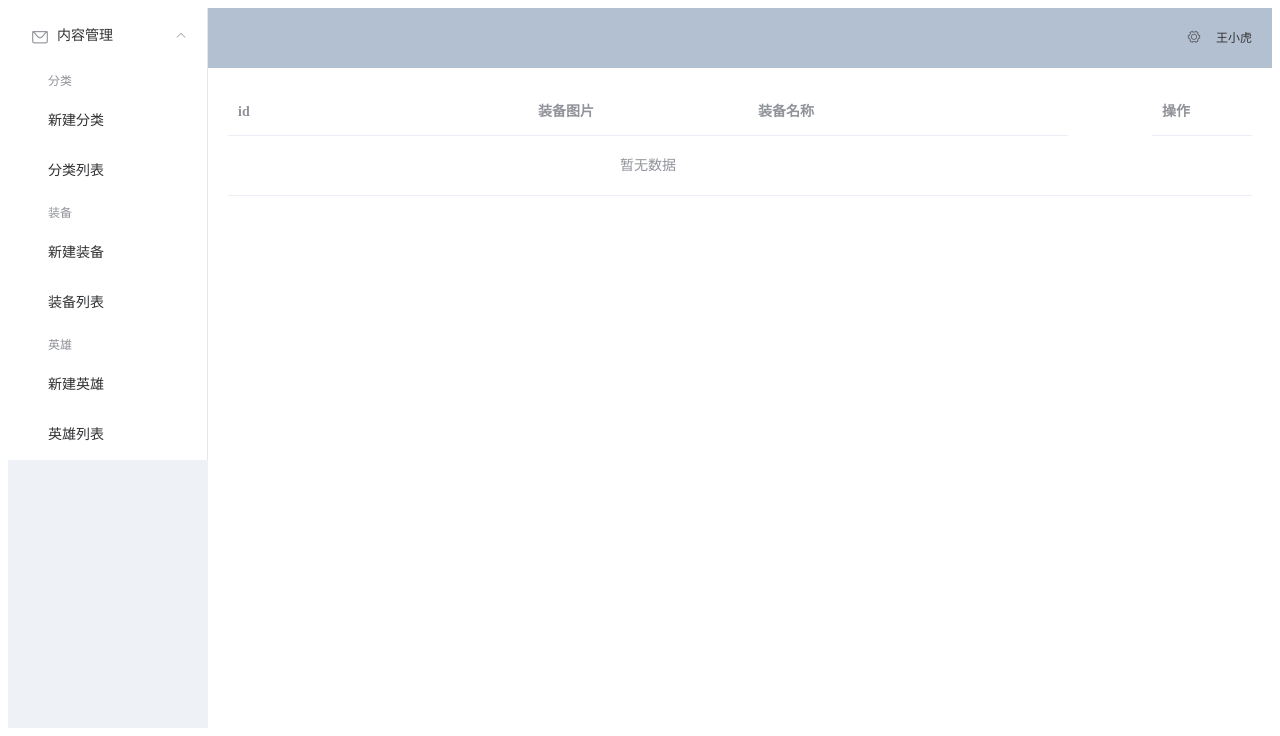
Repository: fish-zmy/wangzherongyao
Page: /#/items/list (app in admin/)
The author's editor kept a copy of each file at every save. The page is drawn from the files as they stood at one save, then again after the next save.
The browser window is 1280 px wide. The pictures show the whole page.
The page's requests for data from a server got no answer. The project was rebuilt for these pictures with package versions that can differ from the ones it lists, and the page was loaded fresh each time. No one was signed in, and anything a server would have sent is missing. Also part of the build but not shown: admin/vue.config.js, admin/src/views/CategoryEdit.vue, admin/src/views/CategoryList.vue, admin/src/views/ItemEdit.vue, admin/src/views/HeroEdit.vue, admin/src/views/HeroList.vue.

Above is the page before, as saved 2020-06-17 22:47:25.

### admin/src/main.js
import Vue from 'vue'
import App from './App.vue'
import router from './router'
import './plugins/element.js'

Vue.config.productionTip = false

import http from './http'
Vue.prototype.$http = http

new Vue({
  router,
  render: h => h(App)
}).$mount('#app')

### admin/src/App.vue
<template>
  <div id="app">

    <router-view/>
  </div>
</template>

<style scoped>
html,body{
  margin:0;
  padding:0;
}
</style>

### admin/src/router/index.js
import Vue from 'vue'
import VueRouter from 'vue-router'
import Main from '../views/Main.vue'
import CategoryEdit from '../views/CategoryEdit.vue'
import CategoryList from '../views/CategoryList.vue'
import ItemEdit from '../views/ItemEdit.vue'
import ItemList from '../views/ItemList.vue'
import HeroEdit from '../views/HeroEdit.vue'
import HeroList from '../views/HeroList.vue'

Vue.use(VueRouter)
// 解决ElementUI导航栏中的vue-router在3.0版本以上重复点菜单报错问题
const originalPush = VueRouter.prototype.push
VueRouter.prototype.push = function push(location) {
  return originalPush.call(this, location).catch(err => err)
}

const routes = [
  {
    path: '/',
    name: 'main',
    component: Main,
    children: [
      {
        path: '/categories/create',
        component: CategoryEdit
      }, {
        path: '/categories/list',
        component: CategoryList
      }, {
        path: '/categories/edit/:id',
        component: CategoryEdit, props: true
      },
      {
        path: '/items/create',
        component: ItemEdit
      }, {
        path: '/items/list',
        component: ItemList
      }, {
        path: '/items/edit/:id',
        component: ItemEdit, props: true
      },
      {
        path: '/heroes/create',
        component: HeroEdit
      }, {
        path: '/heroes/list',
        component: HeroList
      }, {
        path: '/heroes/edit/:id',
        component: HeroEdit, props: true
      }

    ]
  },

]


const router = new VueRouter({
  routes
})

export default router

### admin/src/http.js
import axios from 'axios'

const http =axios.create({
    baseURL:'http://localhost:3000/admin/api'
})

export default  http

### admin/src/views/Main.vue
<template>
  <el-container style="height: 100vh">
    <el-aside width="200px" style="background-color: rgb(238, 241, 246)">
      <el-menu router :default-openeds="['1']">
        <el-submenu index="1">
          <template slot="title">
            <i class="el-icon-message"></i>内容管理
          </template>
          <el-menu-item-group>
            <template slot="title">分类</template>
            <el-menu-item index="/categories/create">新建分类</el-menu-item>
            <el-menu-item index="/categories/list">分类列表</el-menu-item>
          </el-menu-item-group>
          <el-menu-item-group>
            <template slot="title">装备</template>
            <el-menu-item index="/items/create">新建装备</el-menu-item>
            <el-menu-item index="/items/list">装备列表</el-menu-item>
          </el-menu-item-group>
          <el-menu-item-group>
            <template slot="title">英雄</template>
            <el-menu-item index="/heroes/create">新建英雄</el-menu-item>
            <el-menu-item index="/heroes/list">英雄列表</el-menu-item>
          </el-menu-item-group>
        </el-submenu>
      </el-menu>
    </el-aside>

    <el-container>
      <el-header style="text-align: right; font-size: 12px">
        <el-dropdown>
          <i class="el-icon-setting" style="margin-right: 15px"></i>
          <el-dropdown-menu slot="dropdown">
            <el-dropdown-item>查看</el-dropdown-item>
            <el-dropdown-item>新增</el-dropdown-item>
            <el-dropdown-item>删除</el-dropdown-item>
          </el-dropdown-menu>
        </el-dropdown>
        <span>王小虎</span>
      </el-header>

      <el-main>
        <router-view></router-view>
      </el-main>
    </el-container>
  </el-container>
</template>


<style>
.el-header {
  background-color: #b3c0d1;
  color: #333;
  line-height: 60px;
}

.el-aside {
  color: #333;
}
</style>

<script>
export default {
  data() {
    const item = {
      date: "2016-05-02",
      name: "王小虎",
      address: "上海市普陀区金沙江路 1518 弄"
    };
    return {
      tableData: Array(20).fill(item)
    };
  }
};
</script>

### admin/src/views/ItemList.vue
<template>
  <div class="about">
    <el-table :data="items">
      <el-table-column prop="_id" label="id" width="300"></el-table-column>
      <el-table-column prop="icon" label="装备图片" width="220">
      <!--可以自定义表格里显示什么-->
       <template slot-scope="scope">
       <img :src="scope.row.icon" style="height:3rem"/>
       </template>
      </el-table-column>
      <el-table-column prop="name" label="装备名称" width="220"></el-table-column>
      <el-table-column fixed="right" label="操作" width="100">
        <template v-slot="scope">
          <el-button type="text" size="small"
          @click="$router.push(`/items/edit/${scope.row._id}`)">编辑</el-button>
          <el-button type="text" size="small"
          @click="remove(scope.row)">删除</el-button>
        </template>
      </el-table-column>
    </el-table>
  </div>
</template>

<script>
export default {

  data() {
    return {
      items: []
    };
  },
  methods: {
    async fetch() {
      const res = await this.$http.get("/rest/items");
      this.items = res.data;
    },
    async remove(row){//删除操作，弹出选框
      this.$confirm(`是否要删除分类"${row.name}"`, '提示', {
          confirmButtonText: '确定',
          cancelButtonText: '取消',
          type: 'warning'
        })
        .then( async() => {
          const res = await this.$http.delete(`/rest/items/${row._id}`);
          this.$message({
            type: 'success',
            message: '删除成功!'
          });
          this.fetch();
        })
    }
  },
  created() {
    //页面渲染完毕时候就会自动执行
    this.fetch();
  }
};
</script>

Loaded but not shown: admin/public/index.html (common file); admin/src/plugins/element.js (common file)

After the next save:
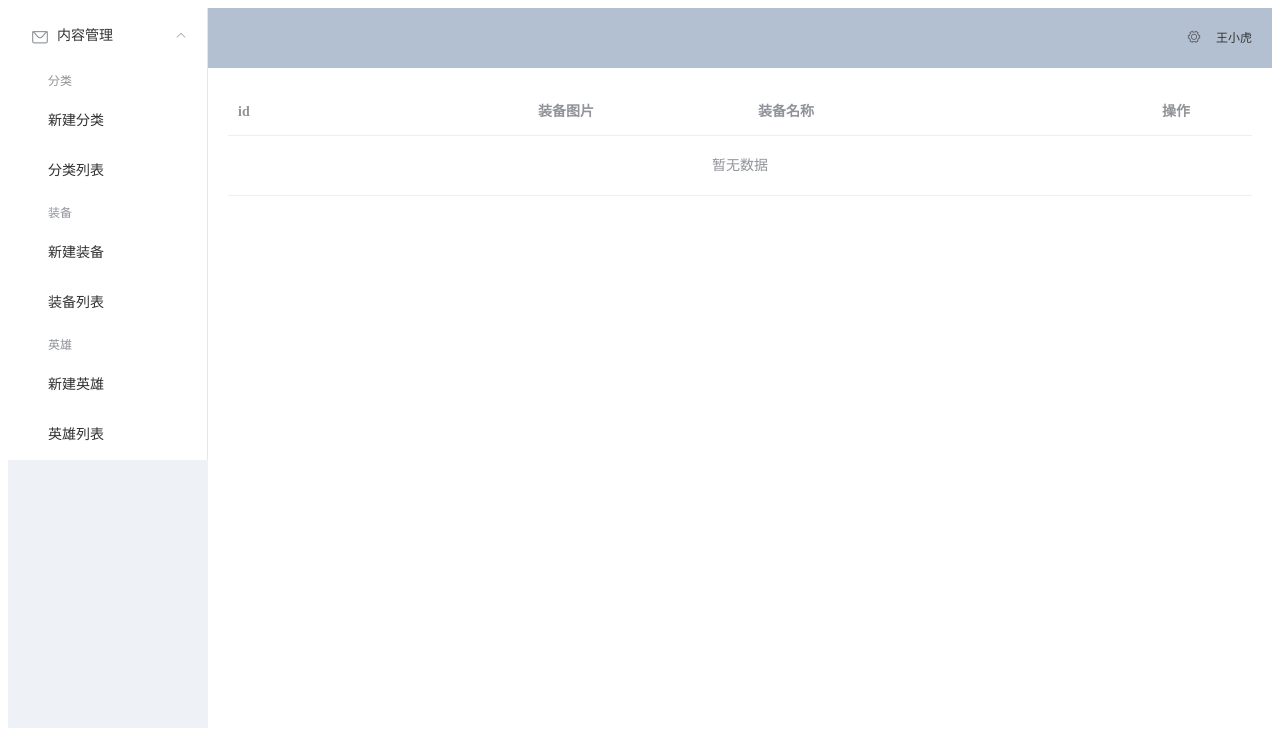
Saved 16 s later.
--- a/admin/src/views/ItemList.vue
+++ b/admin/src/views/ItemList.vue
@@ -8,7 +8,7 @@
        <img :src="scope.row.icon" style="height:3rem"/>
        </template>
       </el-table-column>
-      <el-table-column prop="name" label="装备名称" width="220"></el-table-column>
+      <el-table-column prop="name" label="装备名称"></el-table-column>
       <el-table-column fixed="right" label="操作" width="100">
         <template v-slot="scope">
           <el-button type="text" size="small"
